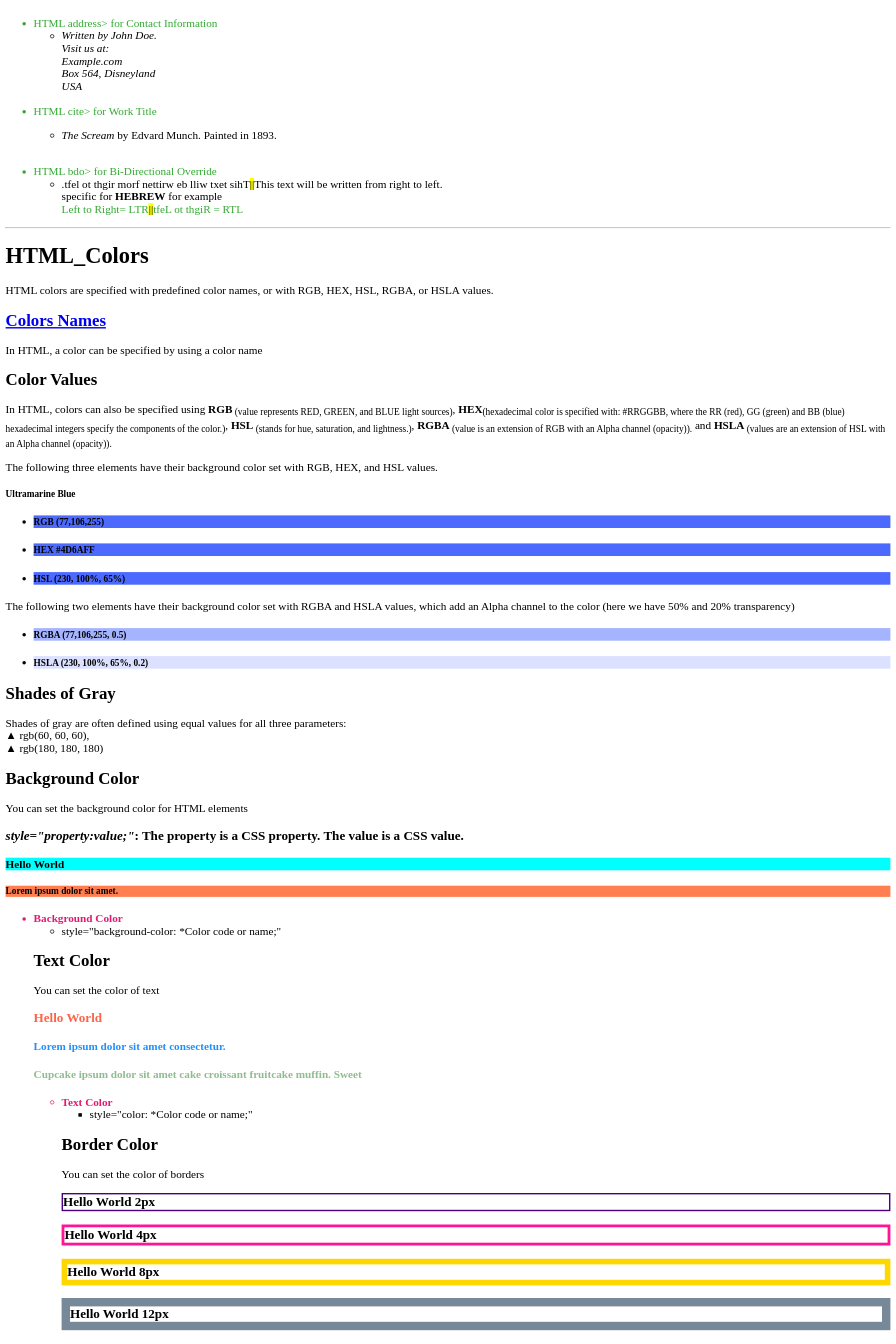
Repository: AnnaSpirit/2025_
Page: Bases/OK/HTML_Text_Formatting.html
The author's editor kept a copy of each file at every save. The page is drawn from the files as they stood at one save, then again after the next save.
The browser window is 1280 px wide. The pictures show the part of the page from y = 1105 to 3025 px (the page is 3025 px tall), at 70% of full size.

Above is the page before, as saved 2025-01-09 15:37:31.

After the next save:
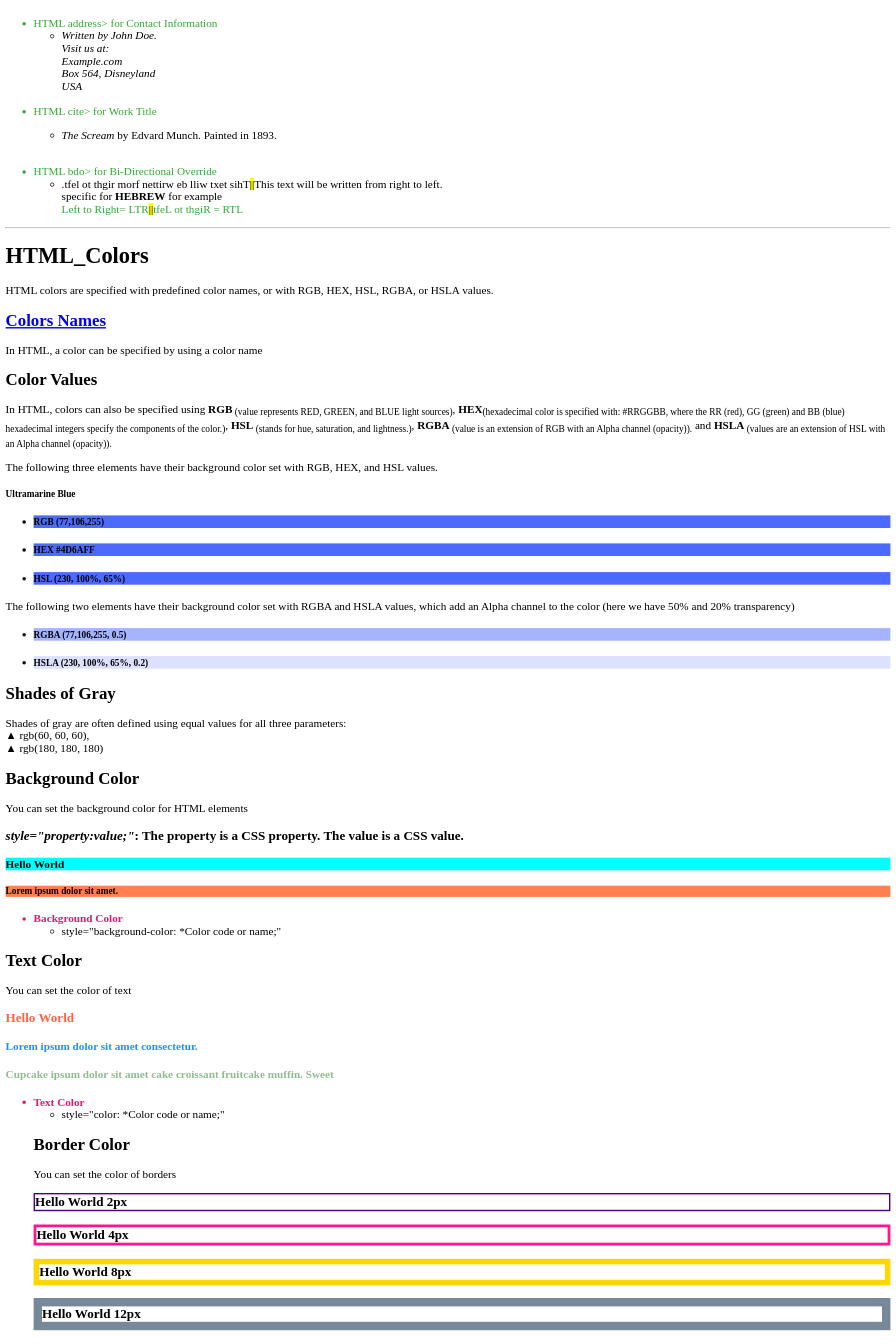
Saved 28 s later.
--- a/Bases/OK/HTML_Text_Formatting.html
+++ b/Bases/OK/HTML_Text_Formatting.html
@@ -187,7 +187,7 @@
         <li style="color:rgb(224, 26, 115);"><b>Background Color</b></li>
         <ul>
             <li>style="background-color: *Color code or name;"</li>
-        </ul>
+        </ul></ul>
     </p>
 
     <h2>Text Color</h2>
